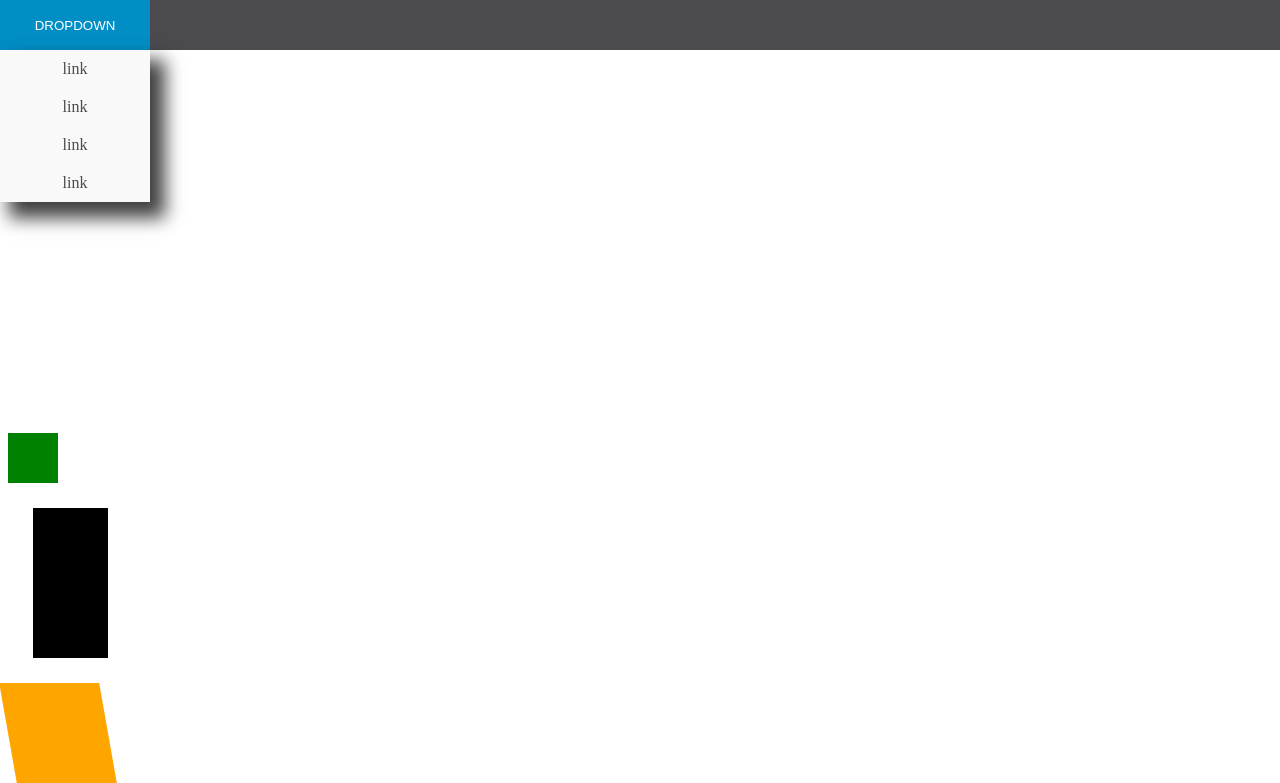
Repository: Matt-F90/making-elements-dance
Page: index.html
The author's editor kept a record of every edit. The page is drawn from the files as they stood at one moment, then again after the next edit.
The browser window is 1280 px wide. The pictures show the whole page.

Above is the page before.

After the next edit:
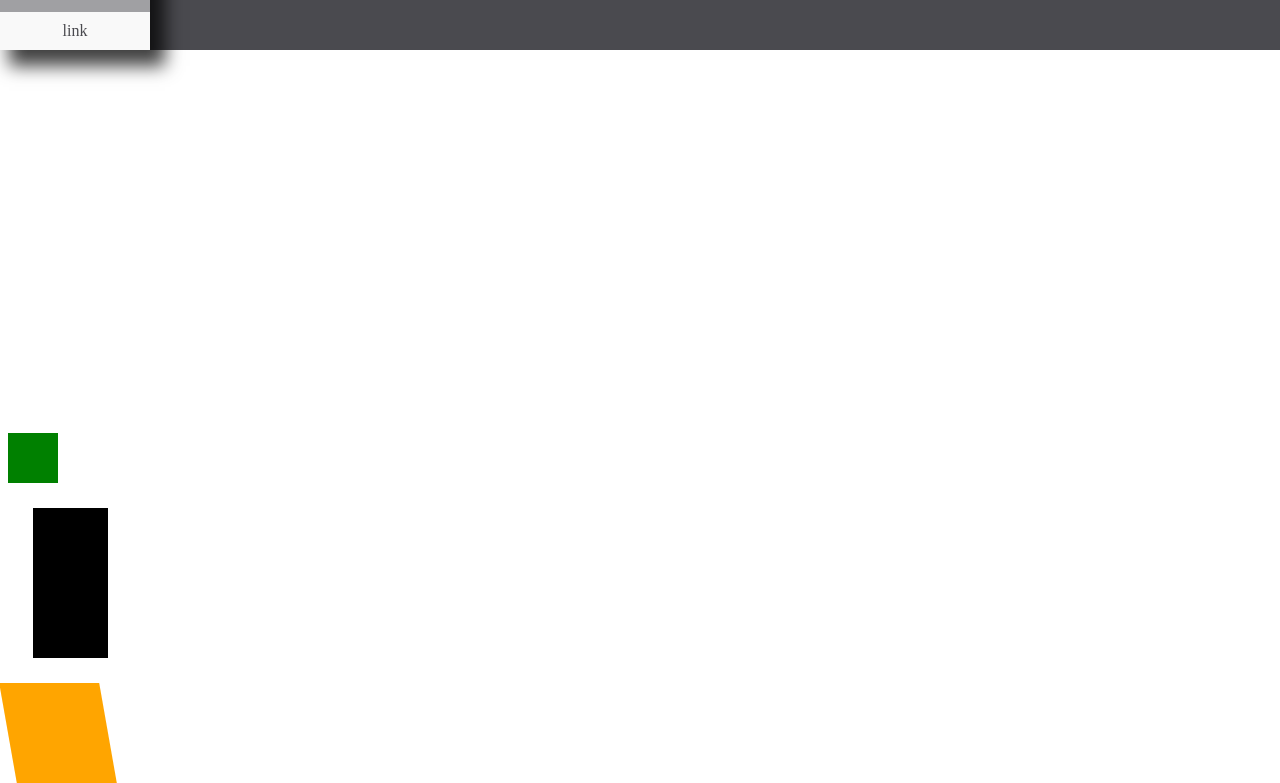
The edit:
--- a/main.css
+++ b/main.css
@@ -27,6 +27,7 @@
     padding: 0;
     text-align: center;
     box-shadow: 12px 13px 17px 3px rgba(0,0,0,0.75);
+    transform: translateY(-100%);
 }
 
 .dropdownLink {
